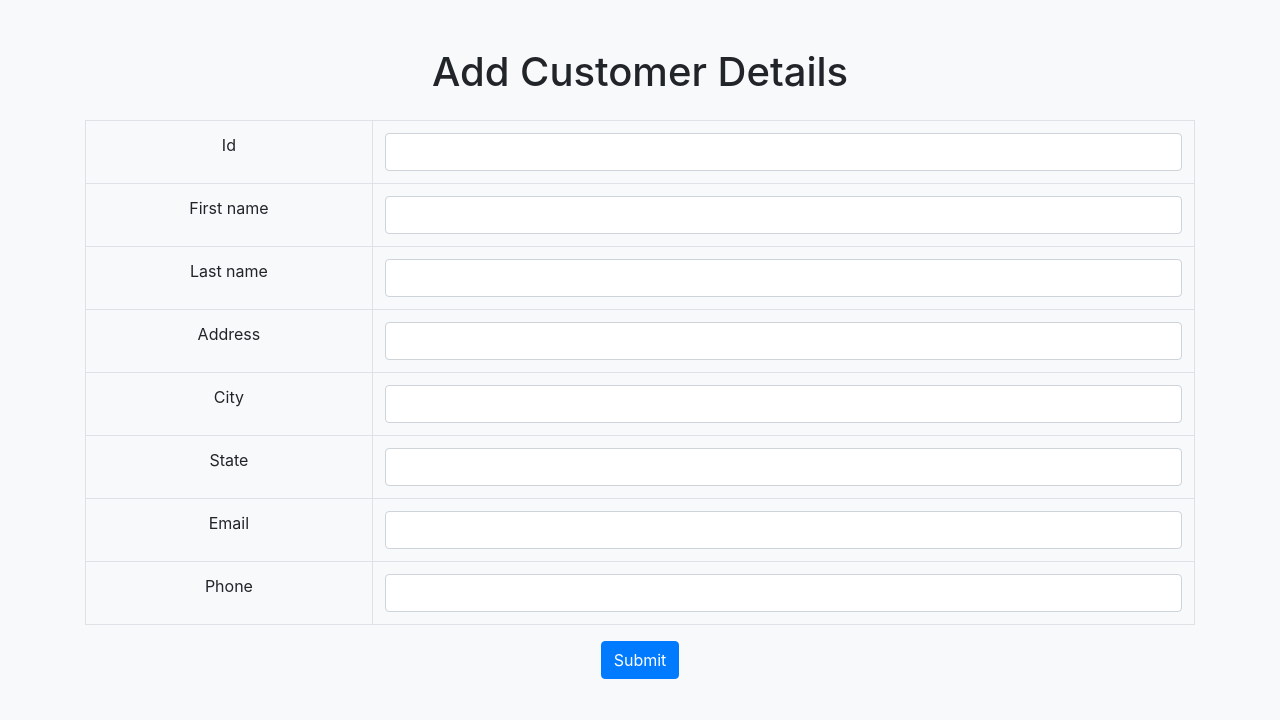
Repository: Shamanth-S/Customer-management
Page: User Management/src/main/webapp/add.html
These files come from the project's save history. The page is drawn as it stood at one moment and after the next save; the edit follows.
The browser window is 1280 px wide. The pictures show the whole page.

Above is the page before, as saved 2023-09-07 09:27:41.

### User Management/src/main/webapp/add.html
<!DOCTYPE html>
<html>
<head>
<meta charset="UTF-8">
<title>Add Customer</title>
<link rel="stylesheet" href="https://maxcdn.bootstrapcdn.com/bootstrap/4.5.2/css/bootstrap.min.css">
<style>
    body {
        background-color: #ccc;
    }
</style>
</head>
<body class="bg-light">
    <div class="container mt-5 mx-auto">
        <h1 class="text-center mb-4">Add Customer Details</h1>
        <form method="POST" action="Customer" class="text-center">
            <table class="table table-bordered mx-auto">
                <tr>
                    <td>Id</td>
                    <td><input type="text" class="form-control" name="id" id="id" required></td>
                </tr>

                <tr>
                    <td>First name</td>
                    <td><input type="text" class="form-control" name="firstname" id="firstname" required></td>
                </tr>

                <tr>
                    <td>Last name</td>
                    <td><input type="text" class="form-control" name="lastname" id="lastname" required></td>
                </tr>

                <tr>
                    <td>Address</td>
                    <td><input type="text" class="form-control" name="address" id="address"></td>
                </tr>

                <tr>
                    <td>City</td>
                    <td><input type="text" class="form-control" name="city" id="city"></td>
                </tr>

                <tr>
                    <td>State</td>
                    <td><input type="text" class="form-control" name="state" id="state"></td>
                </tr>

                <tr>
                    <td>Email</td>
                    <td><input type="text" class="form-control" name="email" id="email"></td>
                </tr>

                <tr>
                    <td>Phone</td>
                    <td><input type="text" class="form-control" name="phone" id="phone"></td>
                </tr>
            </table>
            <div class="text-center">
                <input type="submit" class="btn btn-primary" value="Submit">
            </div>
        </form>
    </div>
</body>
</html>

### User Management/src/main/webapp/style.css
@charset "ISO-8859-1";

body {
    font-family: Arial, sans-serif;
    align-items: center;
    margin: 0;
    padding: 20px;
    background-color: #ccc;
}

h2 {
    color: #333;
}

form {
    border: 1px solid #ccc;
    padding: 20px;
    border-radius: 5px;
    background-color: #f9f9f9;
}

input[type="text"],
input[type="password"],
input[type="date"] {
    width: 100%;
    padding: 10px;
    margin-bottom: 10px;
    border: 1px solid #ccc;
    border-radius: 3px;
}

input[type="submit"] {
    background-color: #333;
    color: white;
    padding: 10px 20px;
    border: none;
    border-radius: 3px;
    cursor: pointer;
}

.card-header {
    background-color: #000000;
}

.heading {
    color: white;
}

After the next save:
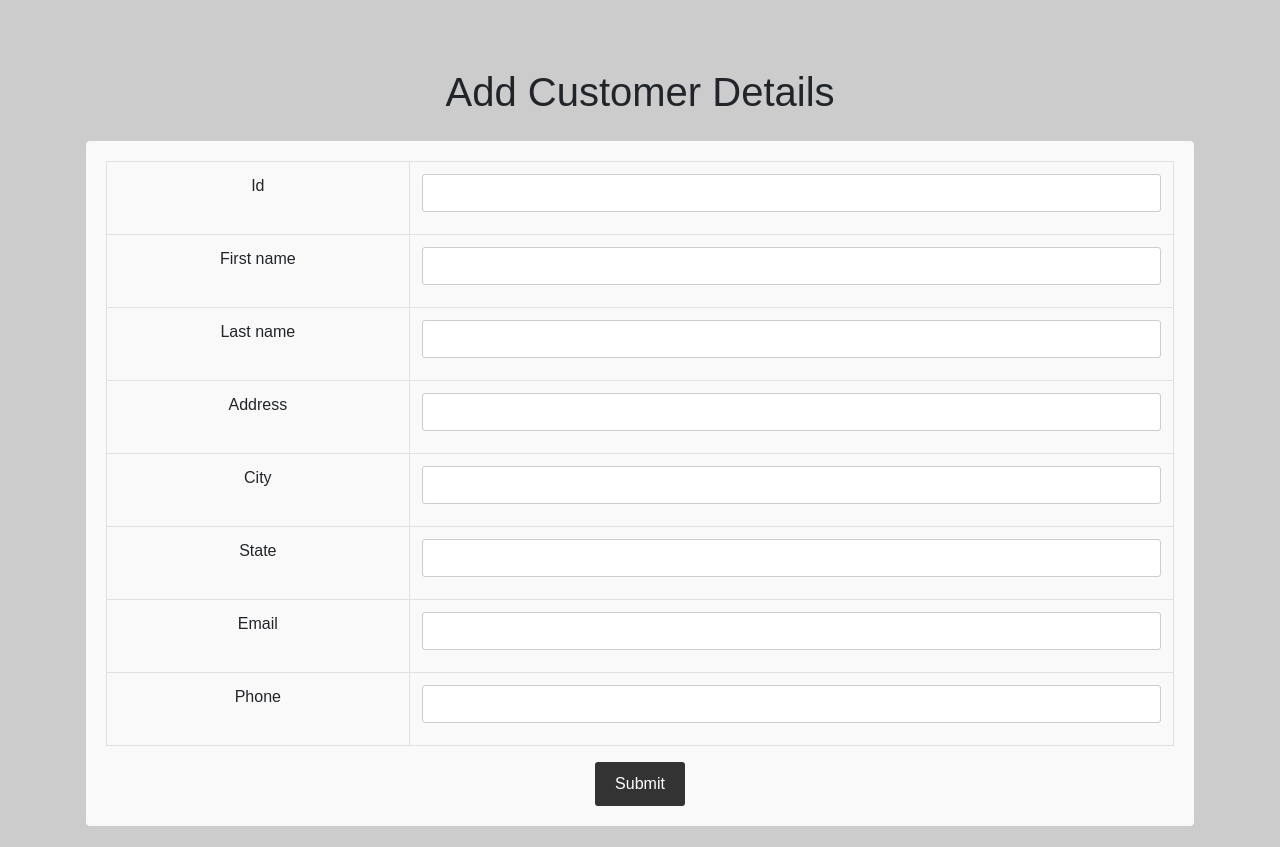
Saved 60 s later.
--- a/User Management/src/main/webapp/add.html
+++ b/User Management/src/main/webapp/add.html
@@ -4,13 +4,9 @@
 <meta charset="UTF-8">
 <title>Add Customer</title>
 <link rel="stylesheet" href="https://maxcdn.bootstrapcdn.com/bootstrap/4.5.2/css/bootstrap.min.css">
-<style>
-    body {
-        background-color: #ccc;
-    }
-</style>
+ <link rel="stylesheet" type="text/css" href="style.css">
 </head>
-<body class="bg-light">
+<body class="color">
     <div class="container mt-5 mx-auto">
         <h1 class="text-center mb-4">Add Customer Details</h1>
         <form method="POST" action="Customer" class="text-center">
